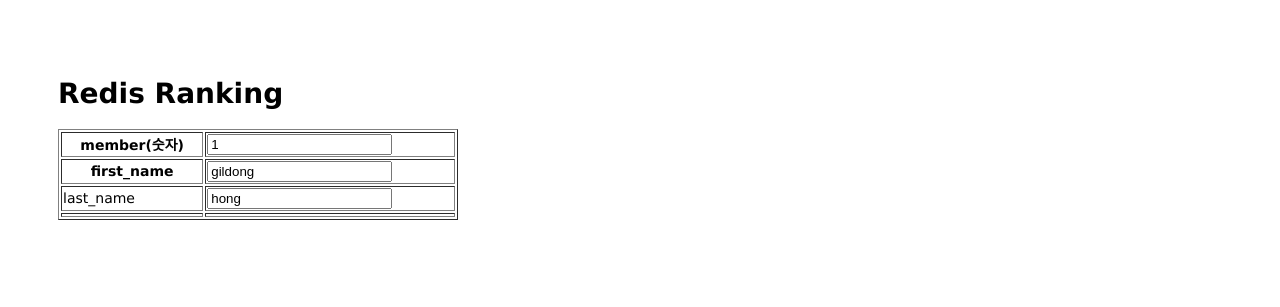
Repository: njir/nodejs
Page: http://localhost/ranking
The author's editor kept a record of every edit. The page is drawn from the files as they stood at one moment, then again after the next edit.
The browser window is 1280 px wide. The pictures show the whole page.
The page is served by the project's Node server (redis/app.js).

Above is the page before.

After the next edit:
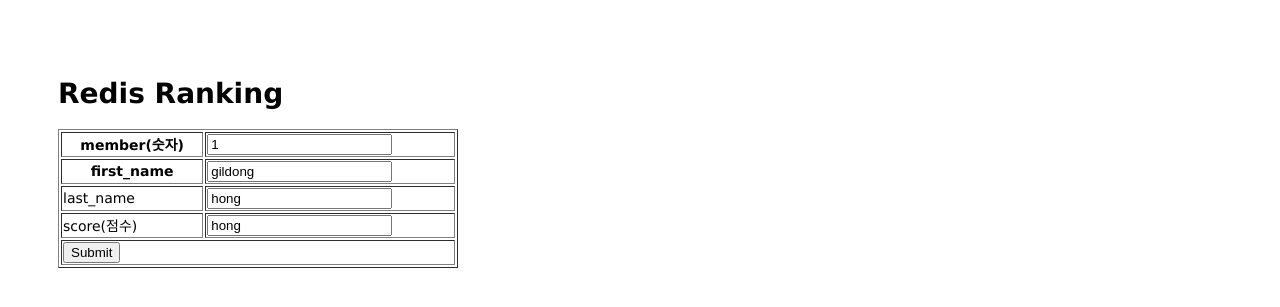
The edit:
--- a/redis/views/rankingform.ejs
+++ b/redis/views/rankingform.ejs
@@ -21,9 +21,14 @@
                 <td><input type="text" name="last_name" value="hong"></td>
             </tr>
             <tr>
-                <td></td>
-                <td></td>
+                <td>score(점수)</td>
+                <td><input type="text" name="score" value="hong"></td>
             </tr>
+            <tr>
+                <td colspan="2">
+                <input type="submit" value="Submit"></td>
+            </tr>
+
 
         </table>
     </form>
